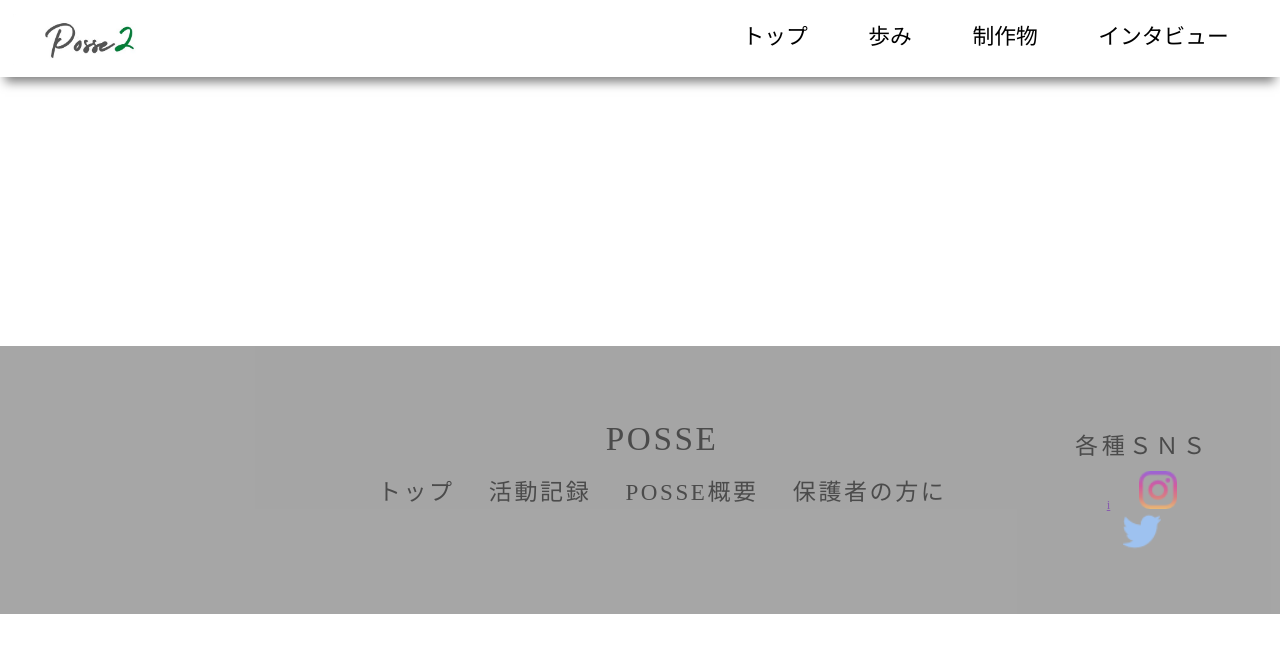
Repository: posse-ap/posse2-hackathon-202202-team2A
Page: topPage/index.html
These files come from the project's save history. The page is drawn as it stood at one moment and after a run of saves; the edit follows.
The browser window is 1280 px wide. The pictures show the whole page.

Above is the page before, as saved 2022-02-15 02:35:49.

After the next 4 saves:
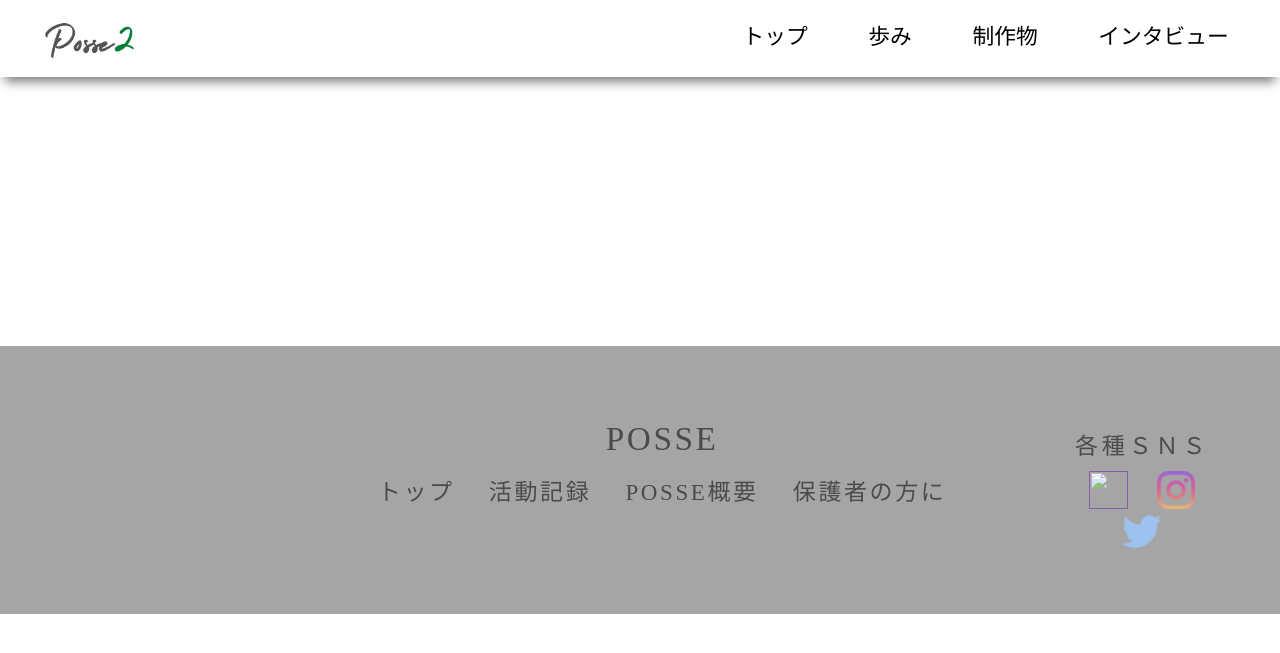
The 4 saves are shown as one change because they came seconds apart.
The last was saved 6 s later.
--- a/topPage/index.html
+++ b/topPage/index.html
@@ -82,7 +82,7 @@
             <div class='SNS'>
                 <p>各種ＳＮＳ</p>
                 <div class='SNS_box'>
-                    <a href="">i</a>
+                    <a href=""><img src="" alt=""></a>
                     <a href="https://instagram.com/posse_programming?utm_medium=copy_link"><img src="/topPage images/instagram2.png" alt="instagram"></a>
                     <a href="https://twitter.com/posse_program?s=20"><img src="/topPage images/twitter2.png" alt="twitter"></a>
                 </div>
